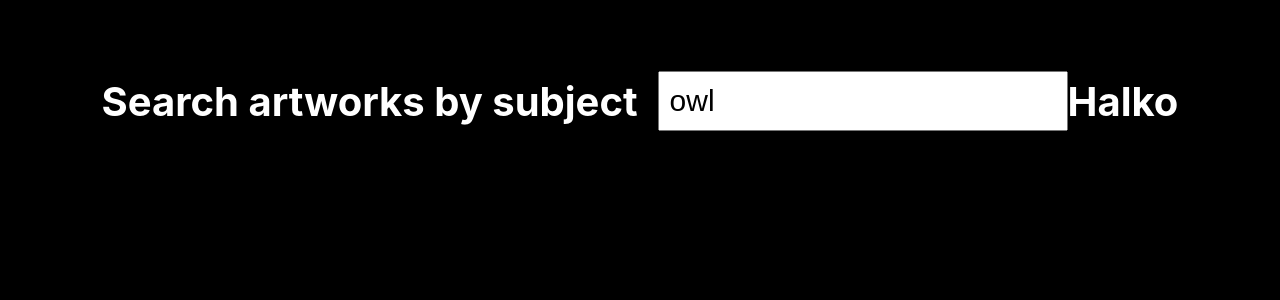
Repository: magiai/art-searcher
Page: /
An editor plug-in stored every save of this project. The page is shown before and after the next save, followed by the edit.
The browser window is 1280 px wide. The pictures show the whole page.
The page's requests for data from a server got no answer. The project was rebuilt for these pictures with package versions that can differ from the ones it lists, and the page was loaded fresh each time. No one was signed in, and anything a server would have sent is missing. Also part of the build but not shown: src/figureDisplay.js.

Above is the page before, as saved 2022-04-12 12:54:33.

### src/App.js
import React from "react";
import './App.css';
import SearchByWork from "./SearchByWord";

export default function App() {

    return (
        <React.Fragment>
          <div>
            <h1>Search artworks by subject</h1>
            <SearchByWork />
          </div>
        </React.Fragment>
    )
}

### src/App.css
* {
  box-sizing: border-box;
}

html {
  scroll-behavior: smooth;
}

body {
  background-color: black;
  color: white;
}

img {

}

#root {
  padding-top: 50px;
  padding-bottom: 50px;
  padding-right: 50px;
  padding-left: 50px;
  flex-direction: column;
}

#root, #root div {
  display: flex;
  flex-wrap: wrap;
  align-items: center;
}

h1, form {
  display: inline-block;
}

h1 {
  font-size: 40px;
}

form input {
  height: 60px;
  font-size: 30px;
  padding: 10px;
  margin-left: 20px;
}

h2 {
  display: inline-block;
  margin-block-start: 0;
  margin-block-end: 0;
}

.images__list {
  /* position: relative; */
}

figure {
  text-align: center;
  transition:all 0.2s ease;
}

figure:hover {
  /* position: absolute; */
  /* inset: 50%; */
}

figcaption {
  max-width: 300px;
  margin: auto;
}


img {
  transition:all 0.2s ease;
  margin: 5px;
  width: auto !important;
  max-width: 70vw;
  z-index: 1;
}

#root img:hover {
  outline: 1rem solid white;
  -webkit-transform:scale(2);
  /* transform: translate(50%); */
}

details {
  width: 100%;
}

details div {
   justify-content: center;

}

summary {
  padding: 20px 0;
}
summary::marker {
  font-size: 32px;
  /*color: white;*/
}

### src/SearchByWord.js
import React, { useState } from "react";
import ApiResults from "./ApiResults";

export default function SearchByWork() {

    const [searchedSubject, setSearchedSubject] = useState({});

    const watchTypedPhrase = ({ target }) => {
        const { name, value } = target;

        setSearchedSubject((prevSearchedSubject) => ({
            ...prevSearchedSubject,
            [name]: value
        }));
    };

    const submitPhrase = (event) => {
        event.preventDefault();
    };

    return (
        <React.Fragment>
            <form onSubmit = { submitPhrase }>
                <input type="search" name="subject" placeholder="owl" value={searchedSubject.subject || 'owl'} onChange={watchTypedPhrase}/>
            </form>
            {/* <ApiResults searchedSubject={searchedSubject.subject} /> */}
            <ApiResults searchedSubject={'owl'} />
        </React.Fragment>
    )
}

### src/ApiResults.js
import { React, useState } from "react";
import UseFetch from "./fetchData";
import ArtworksList from "./ArtworksList";
// import SmithsonianArtworksList from "./SmithsonianArtworksList";
import { apiUrlInformationForInstitutons } from "./apiInformationForInstitutons";
// import ArtworkMetMuseum from "./MetMuseumObjectsList";

export default function ApiResults(props) {
  // console.log(props)

  // let tryIt = {};
  const [returnedArtworks, setReturnedArtworks] = useState({});

  // const updateResult = (tryIt = {}) => {
  //     const { value } = tryIt;

  //     setReturnedArtworks((prevArtworks) => ({
  //         ...prevArtworks,
  //         tryIt
  //     }));
  // };

  // console.log(returnedArtworks);

  // const submitPhrase = (event) => {
  //     event.preventDefault();
  // };

  const apiUrlInformationForInstitutonsArray = Object.values(apiUrlInformationForInstitutons);
  let artworks;

  // console.log(apiUrlInformationForInstitutonsArray);

  for (let index = 0; index < apiUrlInformationForInstitutonsArray.length; index++) {

    const urlStart = apiUrlInformationForInstitutonsArray[index].urlStart;
    const urlEnd = apiUrlInformationForInstitutonsArray[index].urlEnd;
    const mainURL = urlStart + props.searchedSubject + urlEnd;
    const initialResponseName = apiUrlInformationForInstitutonsArray[index].responseName;
    const secondParameter = apiUrlInformationForInstitutonsArray[index].secondResponseParameter;

    if (secondParameter === null) {
      // console.log(mainURL);
      // console.log(initialResponseName);
      const initialData = UseFetch(mainURL, {data: []});
      // console.log(initialData);
      initialData !== undefined ? artworks = initialData.data : artworks = '';
      console.log(artworks);
      // updateResult(artworks);
      // setReturnedArtworks(artworks);
      // console.log(returnedArtworks);
    }

    else {
      const initialData = UseFetch(mainURL, {initialResponseName: {secondParameter: []}});
      const firstResponse = initialData[initialResponseName];

      if (firstResponse !== undefined) {
        // artworks = initialData[initialResponseName][secondParameter];
        // setReturnedArtworks(artworks);
        // updateResult(artworks);
        // console.log('halo2');
      }
    }
  }

  return (
    <h1>Halko</h1>
  //   <ArtworksList
  //     //  key = {index}
  //      artworks = {returnedArtworks || ''}
  //  />
  )
}

### src/fetchData.js
import { useState, useEffect } from "react";
// export const breeds = {breedsData};

export default function UseFetch(url, defaultData) {
    const [data, updateData] = useState(defaultData);



    // NOTE! Don't pass url as an argument in the child method
    // this seems to break the React observable
    // async function getDataFromAPI() {
    //     try {
    //         if (!url) {
    //             updateData(defaultData);
    //             return;
    //         }
    //         const response = await fetch(url);
    //         const json = await response.json();
    //         updateData(json);
    //     } catch(event) {
    //         console.log(event);
    //     }
    // }

    // also don't call the URL argument on useEffect either
    useEffect(() => {
      console.log(url);
      // console.log(defaultData);
      async function getDataFromAPI() {
        try {
            // if (!url) {
            //     updateData(defaultData);
            //     return;
            // }
            const response = await fetch(url);
            const json = await response.json();
            updateData(json);
        } catch(event) {
            console.log(event);
        }
    }

    getDataFromAPI();

    }, [url]);

    return data;
} // end useFetch

### src/apiInformationForInstitutons.js
export const apiUrlInformationForInstitutons = {

  // smithsonians: {
  //   'urlStart': 'https://api.si.edu/openaccess/api/v1.0/category/art_design/search?q=',
  //   'urlEnd': '&api_key=h4EFHdtQ2Buaa56YASGozM68gzw1NFka61spYM44&rows=100',
  //   'responseName': 'response',
  //   'secondResponseParameter': 'rows',
  // },

  artInstituteOfChicago: {
    'urlStart': 'https://api.artic.edu/api/v1/artworks/search?q=',
    'urlEnd': '&limit=70&fields=id,title,image_id,color,artist_title',
    'responseName': 'data',
    'secondResponseParameter': null,
  },

  // albertAndVictoriaMuseum: {
  //   'urlStart': 'https://api.vam.ac.uk/v2/objects/search?q=$',
  //   'urlEnd': '',
  //   'responseName': 'records',
  //   'secondResponseParameter': null,
  // }

    // const smithsonianInstitutionHistoryCultureURL = `https://api.si.edu/openaccess/api/v1.0/category/history_culture/search?q=${props.searchedSubject}&api_key=h4EFHdtQ2Buaa56YASGozM68gzw1NFka61spYM44&rows=20`;
    // const initialDataSmithsonianInstitutionHistoryCulture = UseFetch(smithsonianInstitutionHistoryCultureURL, {response: {rows: []}});
    // const artworksDataSmithsonianInstitutionHistoryCulture = initialDataSmithsonianInstitutionHistoryCulture.response.rows;


    // const bookCoversURL = `https://covers.openlibrary.org/b/isbn/cat-m.jpg`;
    // console.log(bookCoversURL);

    // const metmuseumURL = `https://collectionapi.metmuseum.org/public/collection/v1/search?&q=${searchedSubject.subject}?tags=true`;
    // const initialDataMetMuseum = UseFetch(metmuseumURL, {objectIDs:[]}); // make sure passing an empty array to default data if it fails
    // const artworksDataMetMuseum = initialDataMetMuseum.objectIDs;
    // const artworkMetMuseumIds = artworksDataMetMuseum.map((artId, index) => (
    //     {artId}
    // ));
}

export const apiGeneralInformationForInstitutons = {

  smithsonians: {
    'identifier': null,
    'artworkTitle': 'title',
    'artist': "content.freetext.name ? props.artworks[index].content.freetext.name[0].content : 'Unknown'",
    'imagesUrl': "content.descriptiveNonRepeating.online_media.media[0].content + '_screen'",
    'sectionTitle': 'Smithsonian Institute - Art Design',
    'isOpen': false
  },

  artInstituteOfChicago: {
    'identifier': 'image_id',
    'artworkTitle': 'title',
    'artist': 'artist_title',
    'imagesUrl': 'https://www.artic.edu/iiif/2/',
    'sectionTitle': 'Art Institute of Chicago',
    'isOpen': false
  },

  albertAndVictoriaMuseum: {
    'identifier': '_primaryImageId',
    'artworkTitle': 'title',
    'artist': '_primaryMaker',
    'imagesUrl': 'https://framemark.vam.ac.uk/collections/',
    'sectionTitle': 'Albert and Victoria Museum',
    'isOpen': true
  }

}

### src/ArtworksList.js
import React from "react";
import FigureDisplay from "./figureDisplay";
import { apiGeneralInformationForInstitutons } from "./apiInformationForInstitutons";
import MuseumSectionDisplay from "./MuseumSectionDisplay";

export default function ArtworksList(props) {

    const imagesList = [];
    const apiGeneralInformationArray = Object.values(apiGeneralInformationForInstitutons);
    let sectionTitle, imageTitle, artist, imageUrl, imagePath, identifier = '';
    let isOpen = false;
    // let imagePath = '';
    let imageId = null;
    // let imageTitle = '';
    // let artist = '';

    for (let index = 0; index < props.artworks.length; index++) {

      const artworks = props.artworks[index];
        // const artworkId = props.identifier;
        console.log(props.artworks.length);
        console.log(apiGeneralInformationArray[index]);

        if (artworks[apiGeneralInformationArray[index]] !== undefined) {
          imageTitle = artworks[apiGeneralInformationArray[index].artworkTitle];
          artist = artworks[apiGeneralInformationArray[index].artist];
          imageUrl = apiGeneralInformationArray[index].imagesUrl;
          identifier = apiGeneralInformationArray[index].identifier;
          sectionTitle = apiGeneralInformationArray[index].sectionTitle;
          isOpen = apiGeneralInformationArray[index].isOpen;

          if (identifier !== null) {
            imageId = props.artworks[index][`${identifier}`];
          }
          if (imageId !== null) {
            imagePath = `${imageUrl}${imageId}/full/843,/0/default.jpg`;
          } else {
            imagePath = imageUrl;
          }

          imagesList.push(
            <FigureDisplay
                key={index}
                imageSrc={imagePath}
                imageTitle={imageTitle === '' ? "Untitled" : imageTitle || ''}
                artist={artist === '_primaryMaker' ? artist.name : artist || ''}
                loading={props.isOpen === true && index< 7 ? "eager" : "lazy"}
            />
          );
        }

        // const imageTitle = props.artworks[index][props.title];
        // const artist = props.artworks[index][props.artist];

        // if (imageId !== null) {
            // const imageURL = `${props.institutionURL}${imageId}/full/843,/0/default.jpg`;
            // const imageURL = `${imagesUrl}${imageId}/full/843,/0/default.jpg`;



        // }
      }

      return (
        <MuseumSectionDisplay
          museumName={sectionTitle}
          images={imagesList}
          isOpen={isOpen}
        />
    )
}

### src/MuseumSectionDisplay.js
import React from "react";

export default function MuseumSectionDisplay(props) {

    return (
        <details open={props.isOpen}>
            <summary><h2>{props.museumName}</h2></summary>
            <div className="images__list">
                {props.images}
            </div>
        </details>
    )
}

Loaded but not shown: public/index.html (common file); src/index.js (common file); src/index.css (common file); src/reportWebVitals.js (common file)

After the next save:
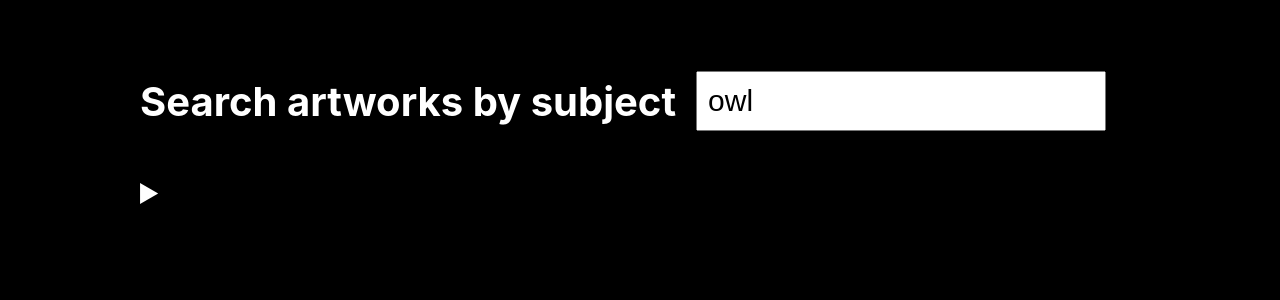
Saved 3 min 15 s later.
--- a/src/ApiResults.js
+++ b/src/ApiResults.js
@@ -65,10 +65,10 @@ export default function ApiResults(props) {
   }
 
   return (
-    <h1>Halko</h1>
-  //   <ArtworksList
-  //     //  key = {index}
-  //      artworks = {returnedArtworks || ''}
-  //  />
+    // <h1>Halko</h1>
+    <ArtworksList
+      //  key = {index}
+       artworks = {artworks}
+   />
   )
 }
